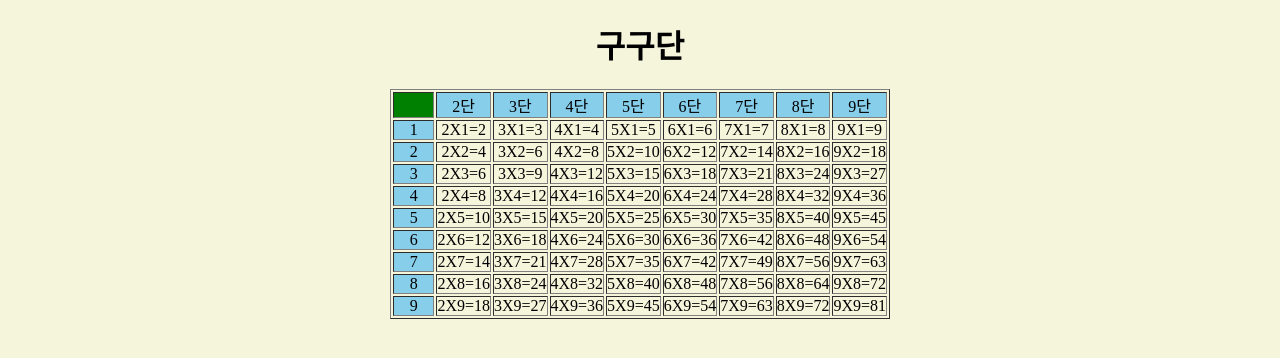
Repository: Gmajorlist/HTML
Page: http://localhost/testJSP/exam/gugudan.jsp
The author's editor kept a copy of each file at every save. The page is drawn from the files as they stood at one save, then again after the next save.
The browser window is 1280 px wide. The pictures show the whole page.
The page is served by Tomcat 9.

Above is the page before, as saved 2023-03-03 06:40:53.

### testJSP/src/main/webapp/exam/gugudan.jsp
<%@ page language="java" contentType="text/html; charset=UTF-8"
    pageEncoding="UTF-8"%>
<!DOCTYPE html>
<html>
<head>
<meta charset="UTF-8">
<title>Insert title here</title>
</head>
<body style="background-color:beige";>
 	<center>
        	<h1>구구단</h1>
        	<table border=1 cellpadding=0 cellspacing=2 width=500 >
            	<%
                for (int i = 0; i < 10; i++) {
                    %>
            	<tr align= center >
                <%
                    for (int j = 1; j < 10; j++) {
                        %>
                <%
                        if(i ==0 && j==1){
                            %><td align= center bgcolor=green></td>
                <%
                        }else if(i==0){
                            %>
                <td bgcolor=skyblue><%= j+ "단" %></td>
                <%
                        } else if(j==1){
                            %>
                <td width = 700 align= center bgcolor=skyblue><%= i %></td>
                <%
                        }else {
                            %>
                <td align= center><%= j+"X"+i+"="+j*i %></td>
                <%
                        }%>
                <%
                    }
                    %>
            </tr>
            <%
                }
            %>
        </table>
    </center>

</body>
</html>

After the next save:
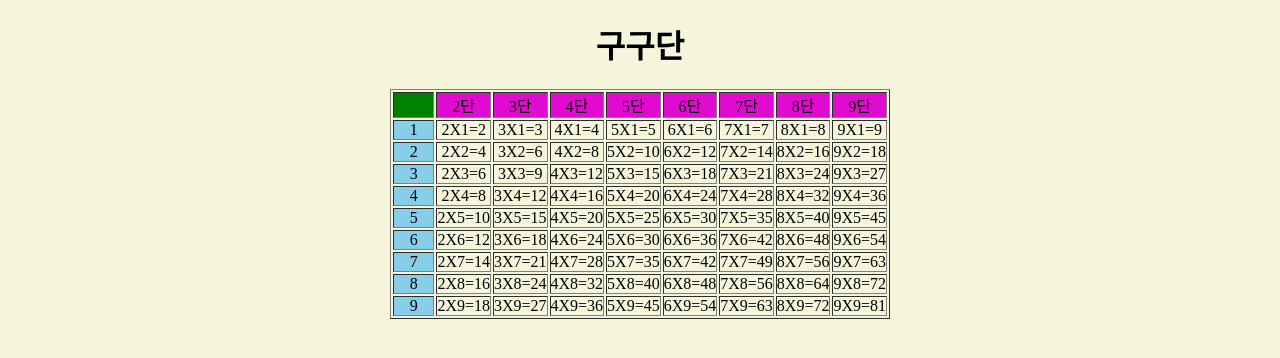
Saved 35 s later.
--- a/testJSP/src/main/webapp/exam/gugudan.jsp
+++ b/testJSP/src/main/webapp/exam/gugudan.jsp
@@ -23,7 +23,7 @@
                 <%
                         }else if(i==0){
                             %>
-                <td bgcolor=skyblue><%= j+ "단" %></td>
+                <td bgcolor=Emerald><%= j+ "단" %></td>
                 <%
                         } else if(j==1){
                             %>

After the save that followed:
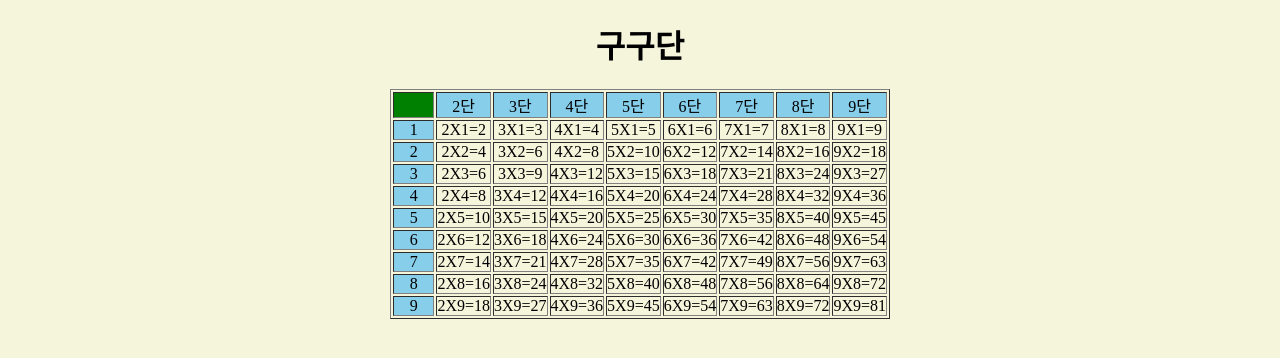
Saved 8 s later.
--- a/testJSP/src/main/webapp/exam/gugudan.jsp
+++ b/testJSP/src/main/webapp/exam/gugudan.jsp
@@ -23,7 +23,7 @@
                 <%
                         }else if(i==0){
                             %>
-                <td bgcolor=Emerald><%= j+ "단" %></td>
+                <td bgcolor=skyblue><%= j+ "단" %></td>
                 <%
                         } else if(j==1){
                             %>
